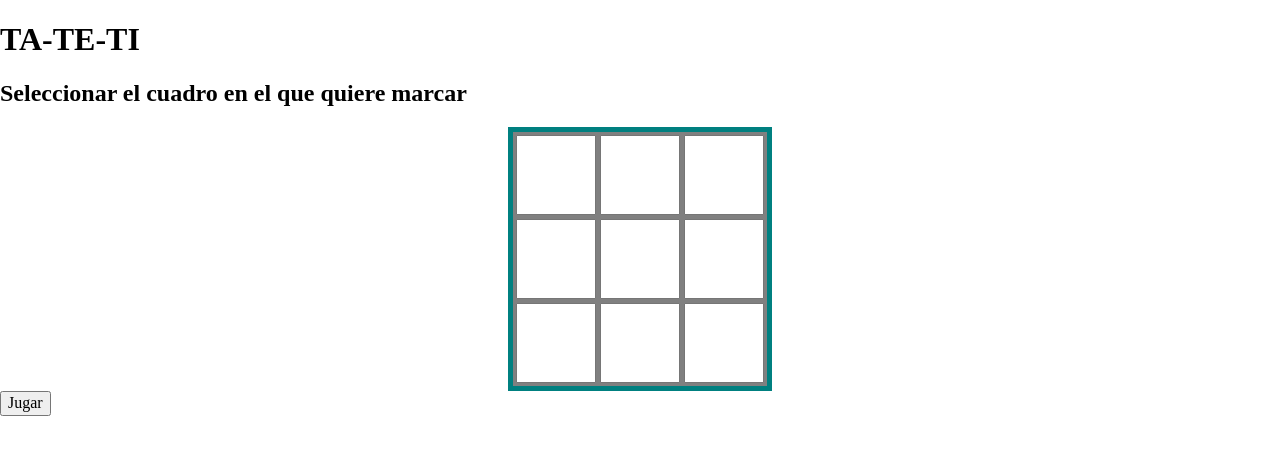
Repository: Lean97-start/TATETI
Page: Tateti.html
These files come from the project's save history. The page is drawn as it stood at one moment and after a run of saves; the edit follows.
The browser window is 1280 px wide. The pictures show the whole page.

Above is the page before, as saved 2021-03-30 12:49:00.

After the next 3 saves:
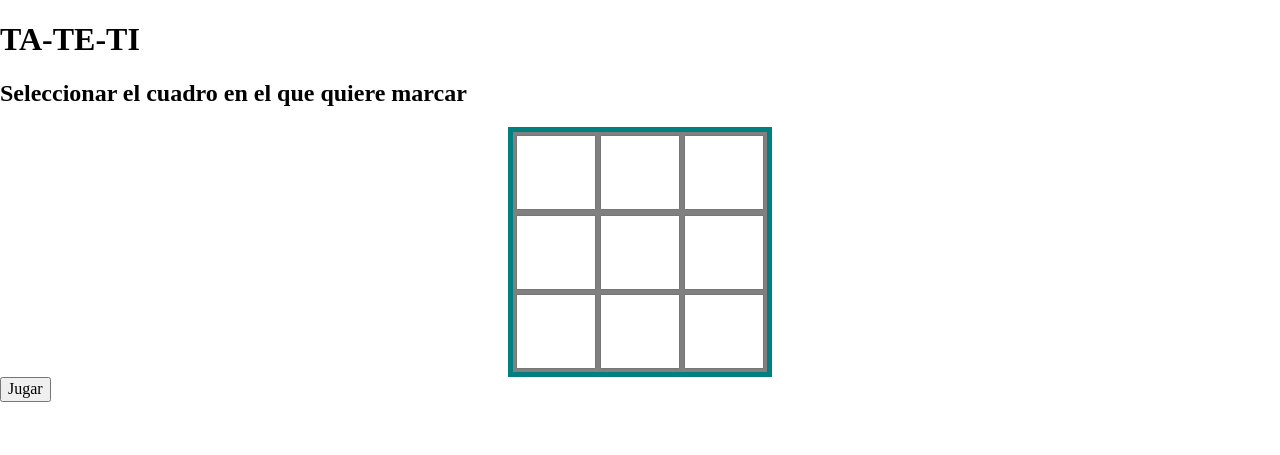
The 3 saves are shown as one change because they came seconds apart.
The last was saved 24 s later.
--- a/Tateti.css
+++ b/Tateti.css
@@ -9,6 +9,7 @@
 }
 .entradas{
     font-size: 60px;
+    position
     height: 80px;
     width: 80px;
     box-sizing: border-box;

After the 6 saves that followed:
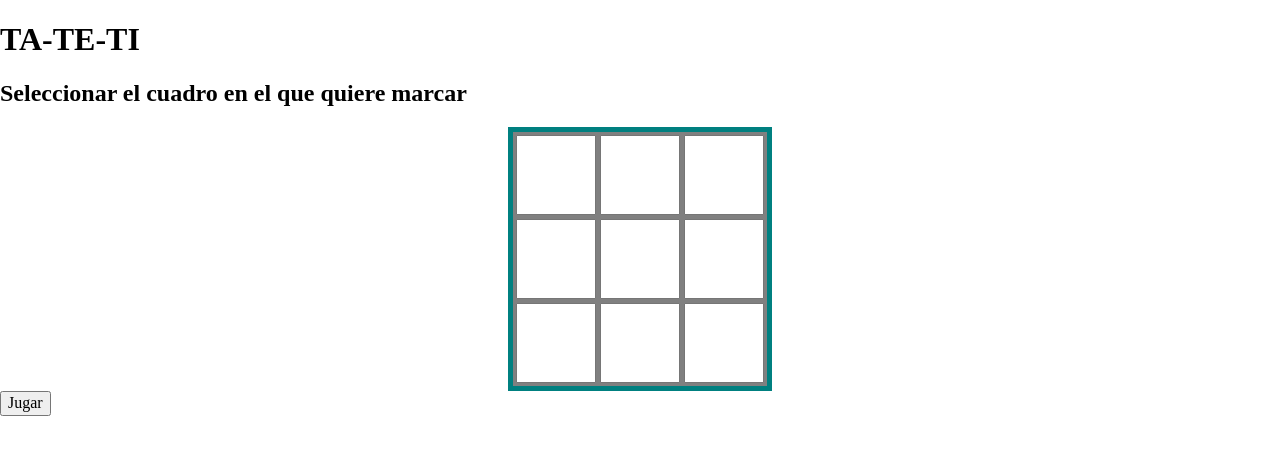
The 6 saves are shown as one change because 3 left the picture as it was and some came seconds apart.
The last was saved 31 s later.
--- a/Tateti.css
+++ b/Tateti.css
@@ -9,7 +9,7 @@
 }
 .entradas{
     font-size: 60px;
-    position
+    font-variant-position: ;
     height: 80px;
     width: 80px;
     box-sizing: border-box;
